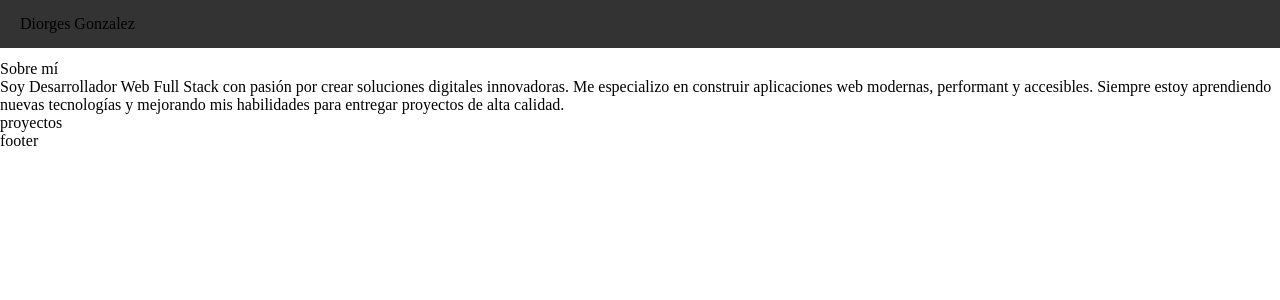
Repository: DenLion09/DenLion09.dots
Page: javascipt_withow_filter/basic/ejercisios/portfolio2/index.html
These files come from the project's save history. The page is drawn as it stood at one moment and after the next save; the edit follows.
The browser window is 1280 px wide. The pictures show the whole page.

Above is the page before, as saved 2026-05-17 23:30:36.

After the next save:
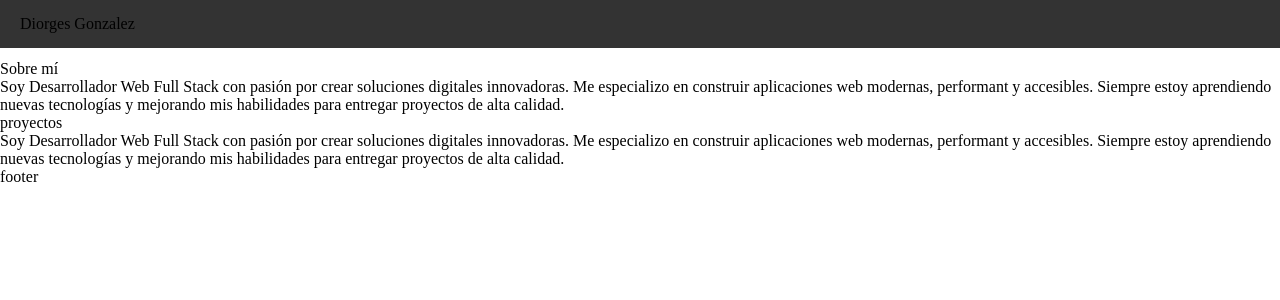
Saved 53 s later.
--- a/javascipt_withow_filter/basic/ejercisios/portfolio2/index.html
+++ b/javascipt_withow_filter/basic/ejercisios/portfolio2/index.html
@@ -28,6 +28,13 @@
     </section>
     <section id="proyectos">
       <p>proyectos</p>
+      <p>
+        Soy Desarrollador Web Full Stack con pasión por crear soluciones
+        digitales innovadoras. Me especializo en construir aplicaciones web
+        modernas, performant y accesibles. Siempre estoy aprendiendo nuevas
+        tecnologías y mejorando mis habilidades para entregar proyectos de alta
+        calidad.
+      </p>
     </section>
     <footer>
       <p>footer</p>
